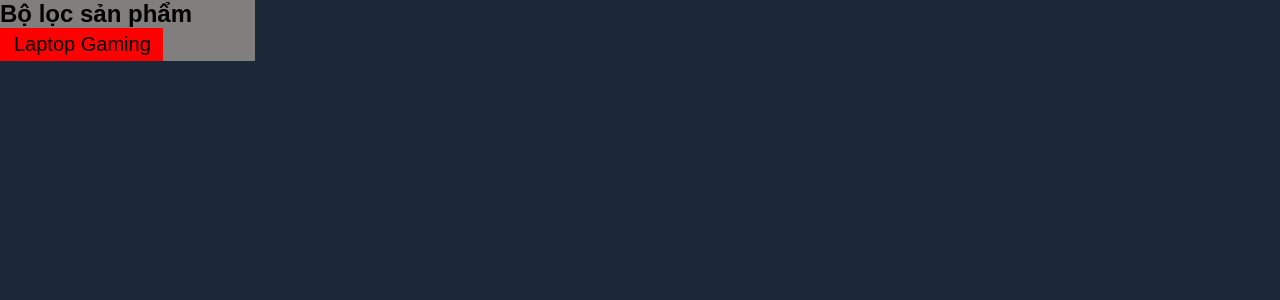
Repository: HPNChanel/DACS
Page: product.html
The author's editor kept a copy of each file at every save. The page is drawn from the files as they stood at one save, then again after the next save.
The browser window is 1280 px wide. The pictures show the whole page.

Above is the page before, as saved 2023-04-11 17:34:39.

### product.html
<!DOCTYPE html>
<html lang="en">
    <head>
        <meta charset="UTF-8" />
        <meta http-equiv="X-UA-Compatible" content="IE=edge" />
        <meta name="viewport" content="width=device-width, initial-scale=1.0" />
        <title>PRODUCT</title>
        <link rel="stylesheet" href="./style/product.css" />
    </head>
    <body>
        <div class="sidebar">
            <h2>Bộ lọc sản phẩm</h2>
            <div class="sidebar-content">
                <button class="dropdown-btn">
                    Laptop Gaming
                    <i class="fa fa-caret-down"></i>
                </button>
                <div class="dropdown-container">
                    <a href="">TUF</a>
                    <a href="">MSI</a>
                    <a href="">LENOVO</a>
                </div>
            </div>
        </div>

        <script src="./product.js"></script>
    </body>
</html>

### style/product.css
* {
    margin: 0;
    padding: 0;
    box-sizing: border-box;
    list-style: none;
    text-decoration: none;
}
html {
    font-size: 62.5%;
}
body {
    font-family: "Poppins", sans-serif;
    font-size: 1.6rem;
    margin: 0 auto;
    width: 1280px;
    margin: 0 atuo;
    background-color: #1b2838;
}
.sidebar {
    background-color: #817e7e;
    width: 255px;
}
.sidebar a,
.dropdown-btn {
    display: block;
    font-size: 20px;
    background-color: none;
    border: none;
    cursor: pointer;
    outline: none;
    padding: 5px 8px 5px 10px;
}
.dropdown-btn {
    background-color: red;
    color: black;
}
.fa-caret-down {
    float: right;
    padding-right: 8px;
}
.dropdown-container {
    display: none;
    padding-left: 8px;
}
.active {
    color: white;
}

### product.js
/* Loop through all dropdown buttons to toggle between hiding and showing its dropdown content - This allows the user to have multiple dropdowns without any conflict */
var dropdown = document.getElementsByClassName("dropdown-btn");
var i;

for (i = 0; i < dropdown.length; i++) {
    dropdown[i].addEventListener("click", function () {
        this.classList.toggle("active");
        var dropdownContent = this.nextElementSibling;
        if (dropdownContent.style.display === "block") {
            dropdownContent.style.display = "none";
        } else {
            dropdownContent.style.display = "block";
        }
    });
}

After the next save:
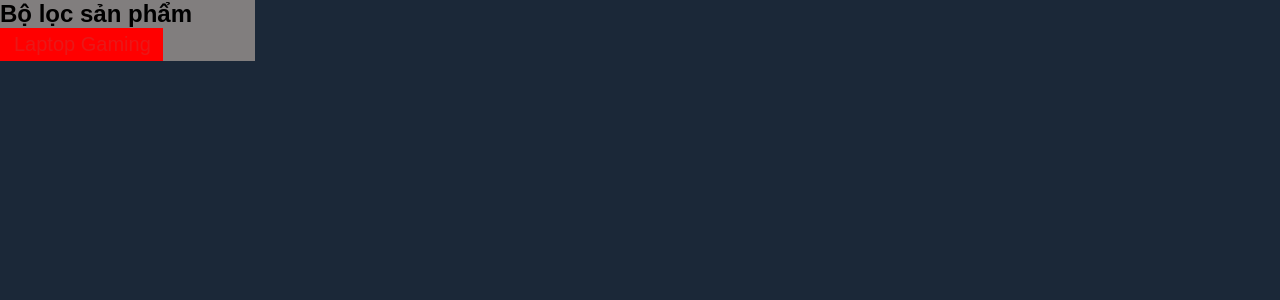
Saved 15 s later.
--- a/style/product.css
+++ b/style/product.css
@@ -32,7 +32,7 @@ body {
 }
 .dropdown-btn {
     background-color: red;
-    color: black;
+    color: rgb(233, 24, 24);
 }
 .fa-caret-down {
     float: right;
